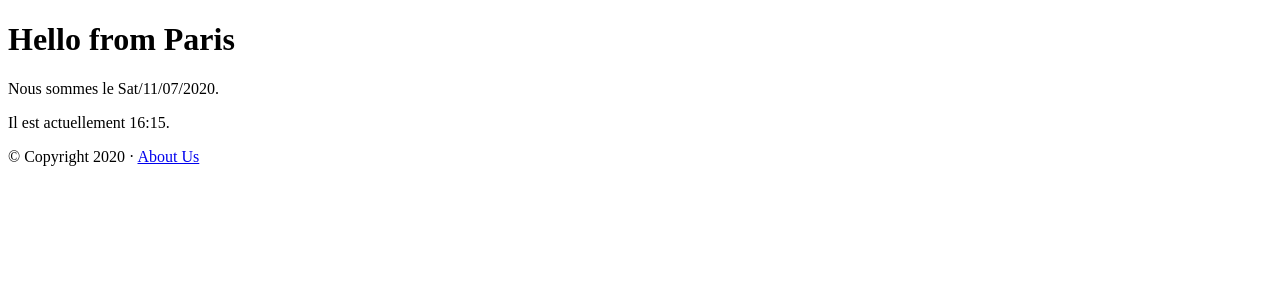
Repository: Elfebleu9/hello_city
Page: templates/pages/home.html.twig
These files come from the project's save history. The page is drawn as it stood at one moment and after the next save; the edit follows.
The browser window is 1280 px wide. The pictures show the whole page.
The page is a Twig template of a Symfony application; nobody is signed in and links lead nowhere. The template is opened directly, without the code that normally fills it, so the values that code supplies are empty.

Above is the page before, as saved 2020-07-13 11:29:52.

### templates/pages/home.html.twig
{% extends 'base.html.twig' %}
 {% block title 'Hello Paris ! ' %}
 {% block body %}
    <h1>Hello from Paris</h1>
    <p>Nous sommes le {{'now'|date('D/d/m/Y')}}.</p>
    <p> Il est actuellement {{ 'now'|date('H:i')}}.</p>
 {% endblock %}

### templates/base.html.twig
<!DOCTYPE html>
<html lang="{{app.request.locale}}">
    <head>
        <meta charset="UTF-8">
        <meta name="viewport" content="width=device-width, initial-scale=1, shrink-to-fit=no">

        <title>{% block title %}Hello Paris{% endblock %}</title>
        {% block stylesheets %}{% endblock %}
    </head>
    <body>
        <main role="main">
            {% block body %}{% endblock %}
        </main>

        <footer>
            <p>
                &copy; Copyright {{'now'|date('Y')}}
                &middot; <a href="{{path('app_about')}}">About Us</a>
            </p>
        </footer>
        {% block javascripts %}{% endblock %}
    </body>
</html>

After the next save:
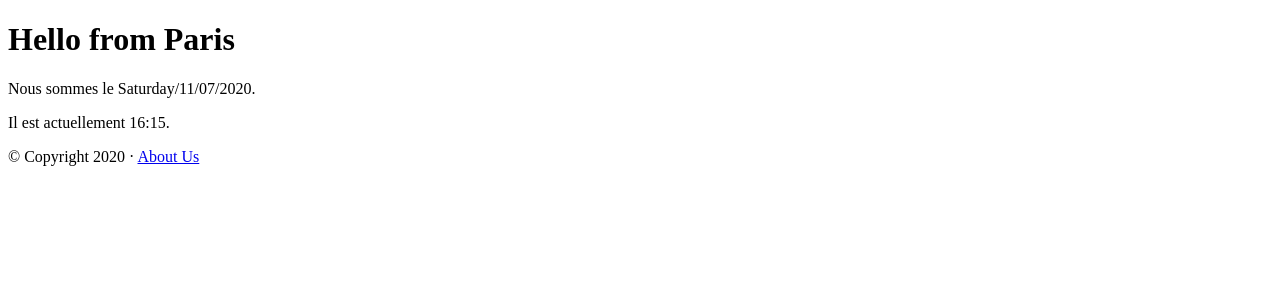
Saved 4 min 32 s later.
--- a/templates/pages/home.html.twig
+++ b/templates/pages/home.html.twig
@@ -2,6 +2,6 @@
  {% block title 'Hello Paris ! ' %}
  {% block body %}
     <h1>Hello from Paris</h1>
-    <p>Nous sommes le {{'now'|date('D/d/m/Y')}}.</p>
+    <p>Nous sommes le {{'now'|date('l/d/m/Y')}}.</p>
     <p> Il est actuellement {{ 'now'|date('H:i')}}.</p>
  {% endblock %}
